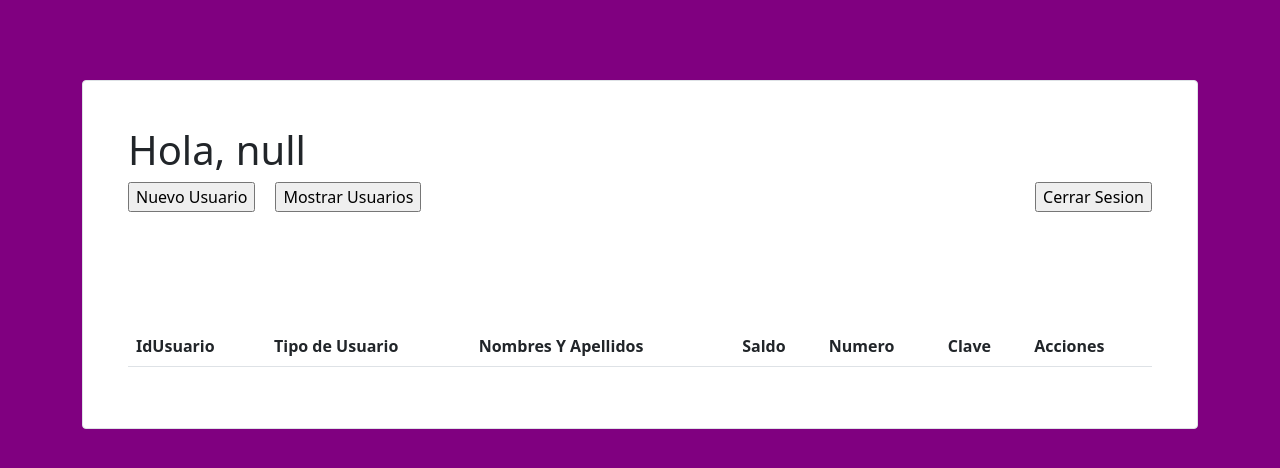
Repository: Gimblet/LP1_Proyecto_Yape
Page: http://localhost/Yape/headAdminDashboard.jsp
These files come from the project's save history. The page is drawn as it stood at one moment and after the next save; the edit follows.
The browser window is 1280 px wide. The pictures show the whole page.
The page is served by Tomcat 9. Queries for data that is not in the repository find no rows.

Above is the page before, as saved 2024-05-04 15:19:08.

After the next save:
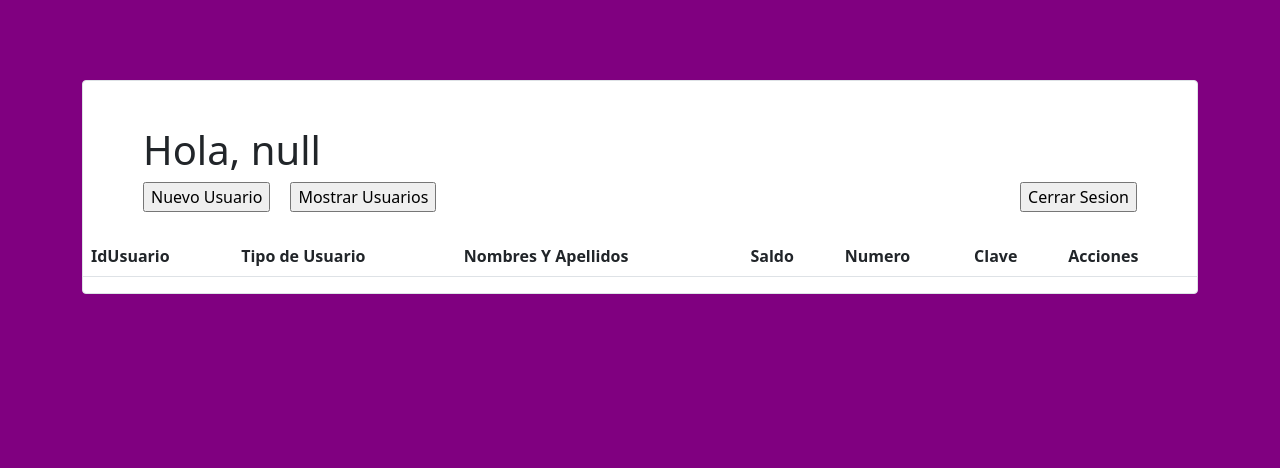
Saved 48 s later.
--- a/Yape/src/main/webapp/headAdminDashboard.jsp
+++ b/Yape/src/main/webapp/headAdminDashboard.jsp
@@ -28,8 +28,8 @@ main{
 	margin-top: 80px;
 }
 
-section{
-	padding: 45px;
+#btn-group{
+	padding: 45px 60px 0px 60px;
 }
 
 .buscarContainer {
